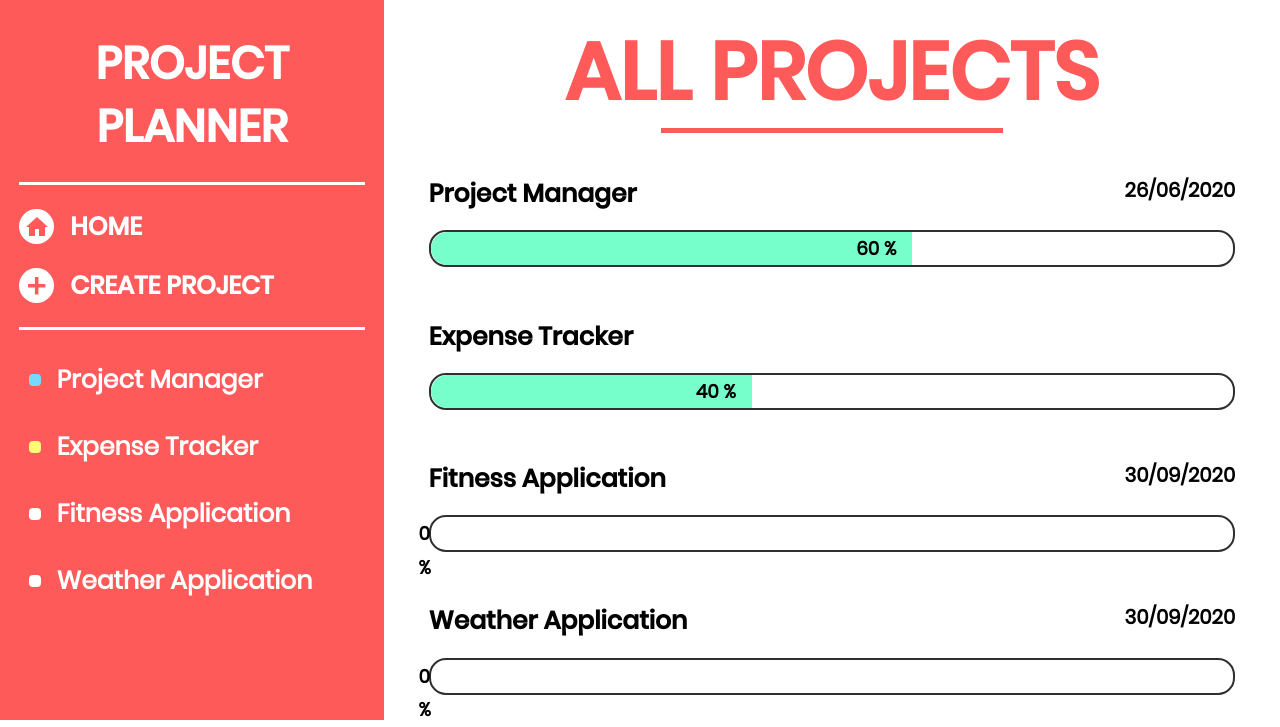
Repository: AzharMoosa/project-manager
Page: /
The author's editor kept a copy of each file at every save. The page is drawn from the files as they stood at one save, then again after the next save.
The browser window is 1280 px wide. The pictures show the whole page.
The project was rebuilt for these pictures with package versions that can differ from the ones it lists, and the page was loaded fresh each time.

Above is the page before, as saved 2020-06-22 11:16:20.

### public/index.html
<!DOCTYPE html>
<html lang="en">
  <head>
    <meta charset="utf-8" />
    <link rel="icon" href="%PUBLIC_URL%/favicon.ico" />
    <meta name="viewport" content="width=device-width, initial-scale=1" />
    <meta name="theme-color" content="#000000" />
    <meta
      name="description"
      content="Web site created using create-react-app"
    />
    <link rel="apple-touch-icon" href="%PUBLIC_URL%/logo192.png" />

    <link rel="manifest" href="%PUBLIC_URL%/manifest.json" />

    <title>Project Planner</title>
  </head>
  <body>
    <noscript>You need to enable JavaScript to run this app.</noscript>
    <div id="root"></div>
  </body>
</html>

### src/App.js
import React from "react";
import Sidebar from "./components/sidebar/Siebar";
import Home from "./components/home/Home";
import { ProjectProvider } from "./ProjectContext";

import "./App.css";

function App() {
  return (
    <ProjectProvider>
      <div className='container'>
        <Sidebar />
        <Home />
      </div>
    </ProjectProvider>
  );
}

export default App;

### src/components/sidebar/Siebar.js
import React from "react";
import Header from "./Header";
import ProjectList from "../project-list/ProjectList";

const Siebar = () => {
  return (
    <div className='sidebar'>
      <Header />
      <ProjectList />
    </div>
  );
};

export default Siebar;

### src/components/home/Home.js
import React, { useContext } from "react";
import ProgectProgress from "./ProgectProgress";
import { ProjectContext } from "../../ProjectContext";

const Home = () => {
  // eslint-disable-next-line
  const [projects, setProjects] = useContext(ProjectContext);

  return (
    <div className='home'>
      <h1 className='home-title'>ALL PROJECTS</h1>
      {projects.map((project) => (
        <ProgectProgress
          name={project.name}
          date={project.date}
          progress={project.progress}
          key={project.id}
        />
      ))}
    </div>
  );
};

export default Home;

### src/ProjectContext.js
import React, { useState, createContext } from "react";

export const ProjectContext = createContext();

export const ProjectProvider = (props) => {
  const [projects, setProjects] = useState([
    {
      name: "Project Manager",
      overview:
        "A project management application which allows you to plan personal projects and track its progress.  Create detail plans of projects before developing projects.",
      tools: ["HTML", "CSS", "JAVASCRIPT", "REACT"],
      progress: 60,
      tasks: [
        "Create Project Plans",
        "Todo List for Each Project",
        "Track Progress",
        "Priority List",
        "Choose Tools In Each Project",
        "Clean And Simple Design",
        "Use REACT",
      ],
      color: "blue",
      date: "26/06/2020",
      id: 28392,
    },

    {
      name: "Expense Tracker",
      overview:
        "A expense tracker application which allows you to budget and track your savings.  Track what expenses you have",
      tools: ["HTML", "CSS", "JAVASCRIPT", "REACT"],
      progress: 40,
      tasks: [
        "Expenses In And Out",
        "Current Balance",
        "Highest Money Out",
        "Clean And Simple Design",
        "Use REACT",
      ],
      color: "yellow",
      date: "",
      id: 2032,
    },

    {
      name: "Fitness Application",
      overview:
        "A fitness application which can track workouts and meal plans. Plan exercise routines and meal plans all in one hub.",
      tools: [
        "HTML",
        "CSS",
        "JAVASCRIPT",
        "REACT",
        "NODEJS",
        "EXPRESS",
        "MONGODB",
      ],
      progress: 0,
      tasks: [
        "Exercise Plan",
        "Diet Plan",
        "Clean And Simple Design",
        "Use REACT",
      ],
      color: "white",
      date: "30/09/2020",
      id: 203234,
    },

    {
      name: "Weather Application",
      overview:
        "A weather application which can track weather and climate. See weather and climate for different locations all around the world.",
      tools: ["HTML", "CSS", "JAVASCRIPT", "REACT", "ADOBE XD"],
      progress: 0,
      tasks: [
        "Exercise Plan",
        "Diet Plan",
        "Clean And Simple Design",
        "Use REACT",
      ],
      color: "white",
      date: "30/09/2020",
      id: 203234,
    },
  ]);

  return (
    <ProjectContext.Provider value={[projects, setProjects]}>
      {props.children}
    </ProjectContext.Provider>
  );
};

### src/App.css
:root {
  --red: #ff5a5a;
  --green: #76ffca;
  --blue: #76daff;
  --yellow: #fffa76;
  --purple: #ab76ff;
}

/* CSS RESET */

* {
  margin: 0;
  padding: 0;
  box-sizing: border-box;
}

/* Fonts */

@font-face {
  font-family: "Poppins-Med";
  src: url("./fonts/Poppins-Medium.ttf");
}

@font-face {
  font-family: "Poppins-Reg";
  src: url("./fonts/Poppins-Regular.ttf");
}

/* Body */

body {
  font-family: "Poppins-Reg";
  line-height: 1.4;
}

/* Utilities */

/* Bullet Points */

.white:before,
.blue:before,
.yellow:before,
.green:before,
.purple:before {
  content: " ";
  height: 12px;
  width: 12px;
  margin-right: 1rem;
  border-radius: 4px;
}

.blue:before {
  background-color: var(--blue);
}

.yellow:before {
  background-color: var(--yellow);
}

.green:before {
  background-color: var(--green);
}

.purple:before {
  background-color: var(--purple);
}

.white:before {
  background-color: #fff;
}

/* Container */
.container {
  display: flex;
  overflow: hidden;
}

/* Sidebar */
.sidebar {
  width: 30vw;
  background-color: var(--red);
  height: 100vh;
  color: #fff;
}

.title {
  font-size: 45px;
  font-family: "Poppins-Med";
  text-align: center;
  padding-top: 2rem;
}

.nav-btns::after,
.nav-btns:before {
  content: " ";
  display: block;
  border-bottom: 3px solid #fff;
  width: 100%;
  margin: 1.5rem auto;
}

.nav-btns {
  width: 90%;
  margin: auto;
}

.home-btn,
.create-project-btn {
  display: flex;
  align-items: center;
  margin-top: 1.5rem;
}

.home-btn h3,
.create-project-btn h3 {
  margin-left: 1rem;
  font-family: "Poppins-Med";
  font-size: 25px;
}

.home-btn svg,
.create-project-btn svg {
  cursor: pointer;
}

/* Home */

.home {
  width: 70vw;
  display: flex;
  flex-direction: column;
}

.home-title {
  font-size: 80px;
  font-family: "Poppins-Med";
  color: var(--red);
  text-align: center;
  margin-top: 1rem;
}

.home-title:after {
  content: " ";
  display: block;
  border-bottom: 5px solid var(--red);
  width: 342px;
  margin: 0 auto 1.5rem auto;
}

/* Project Sidebar List */
.project-side {
  width: 85%;
  margin: 2rem auto;
  display: flex;
  align-items: center;
  cursor: pointer;
}

.project-side h3 {
  font-size: 25px;
}

/* Progress Bar */
.progressbar {
  width: 90%;
  background-color: #fff;
  border: 2px solid #2f2f2f;
  border-radius: 17px;
  margin: 0 auto 2rem auto;
}

.progressbar > div {
  background-color: var(--green);
  height: 33px;
  border-radius: 17px 0 0 17px;
}

.progressbar > div h3 {
  display: flex;
  justify-content: flex-end;
  align-items: center;
  line-height: 1.8;
  margin-right: 1rem;
}

.project-title {
  width: 90%;
  margin: 1.2rem auto;
  display: flex;
  justify-content: space-between;
}

.project-title h3 {
  font-size: 25px;
  font-family: "Poppins-Med";
}

.project-title h4 {
  font-size: 20px;
  font-family: "Poppins-Reg";
}

### src/components/sidebar/Header.js
import React from "react";

const Header = () => {
  return (
    <div>
      <h1 className='title'>PROJECT PLANNER</h1>
      <div className='nav-btns'>
        <div className='home-btn'>
          <svg
            xmlns='http://www.w3.org/2000/svg'
            width='35'
            height='35'
            viewBox='0 0 35 35'
          >
            <g
              id='Home_Btn'
              data-name='Home Btn'
              transform='translate(-139 -182)'
            >
              <circle
                id='Ellipse_1'
                data-name='Ellipse 1'
                cx='17.5'
                cy='17.5'
                r='17.5'
                transform='translate(139 182)'
                fill='#fff'
              />
              <path
                id='icons8-home'
                d='M12,2.1,1,12H4v9h6V14h4v7h6V12h3Z'
                transform='translate(145 187.9)'
                fill='#ff5a5a'
              />
            </g>
          </svg>
          <h3>HOME</h3>
        </div>

        <div className='create-project-btn'>
          <svg
            xmlns='http://www.w3.org/2000/svg'
            width='35'
            height='35'
            viewBox='0 0 35 35'
          >
            <g id='Group_6' data-name='Group 6' transform='translate(-50 -242)'>
              <circle
                id='Ellipse_2'
                data-name='Ellipse 2'
                cx='17.5'
                cy='17.5'
                r='17.5'
                transform='translate(50 242)'
                fill='#fff'
              />
              <path
                id='icons8-plus'
                d='M8.922,2V8.922H2v1.538H8.922v6.922h1.538V10.461h6.922V8.922H10.461V2Z'
                transform='translate(58 250)'
                fill='#ff5a5a'
                stroke='#ff5a5a'
                strokeWidth='2'
                fillRule='evenodd'
              />
            </g>
          </svg>
          <h3>CREATE PROJECT</h3>
        </div>
      </div>
    </div>
  );
};

export default Header;

### src/components/project-list/ProjectList.js
import React, { useContext } from "react";
import { ProjectContext } from "../../ProjectContext";
import ProjectSide from "./ProjectSide";

const ProjectList = () => {
  // eslint-disable-next-line
  const [projects, setProjects] = useContext(ProjectContext);

  return (
    <div>
      {projects.map((project) => (
        <ProjectSide
          name={project.name}
          color={project.color}
          key={project.id}
        />
      ))}
    </div>
  );
};

export default ProjectList;

### src/components/home/ProgectProgress.js
import React from "react";
import ProgressBar from "./ProgressBar";

const ProgectProgress = ({ name, date, progress }) => {
  return (
    <div className='project-progress'>
      <div className='project-title'>
        <h3>{name}</h3>
        <h4>{date}</h4>
      </div>
      <ProgressBar progress={progress} />
    </div>
  );
};

export default ProgectProgress;

### src/components/project-list/ProjectSide.js
import React from "react";

const Project = ({ name, color }) => {
  return (
    <div className={`project-side ${color}`}>
      <h3>{name}</h3>
    </div>
  );
};

export default Project;

### src/components/home/ProgressBar.js
import React from "react";

const ProgressBar = ({ progress }) => {
  return (
    <div className='progressbar'>
      <div style={{ width: `${progress}%` }}>
        <h3>{progress} %</h3>
      </div>
    </div>
  );
};

export default ProgressBar;

Loaded but not shown: src/index.js (common file)

After the next save:
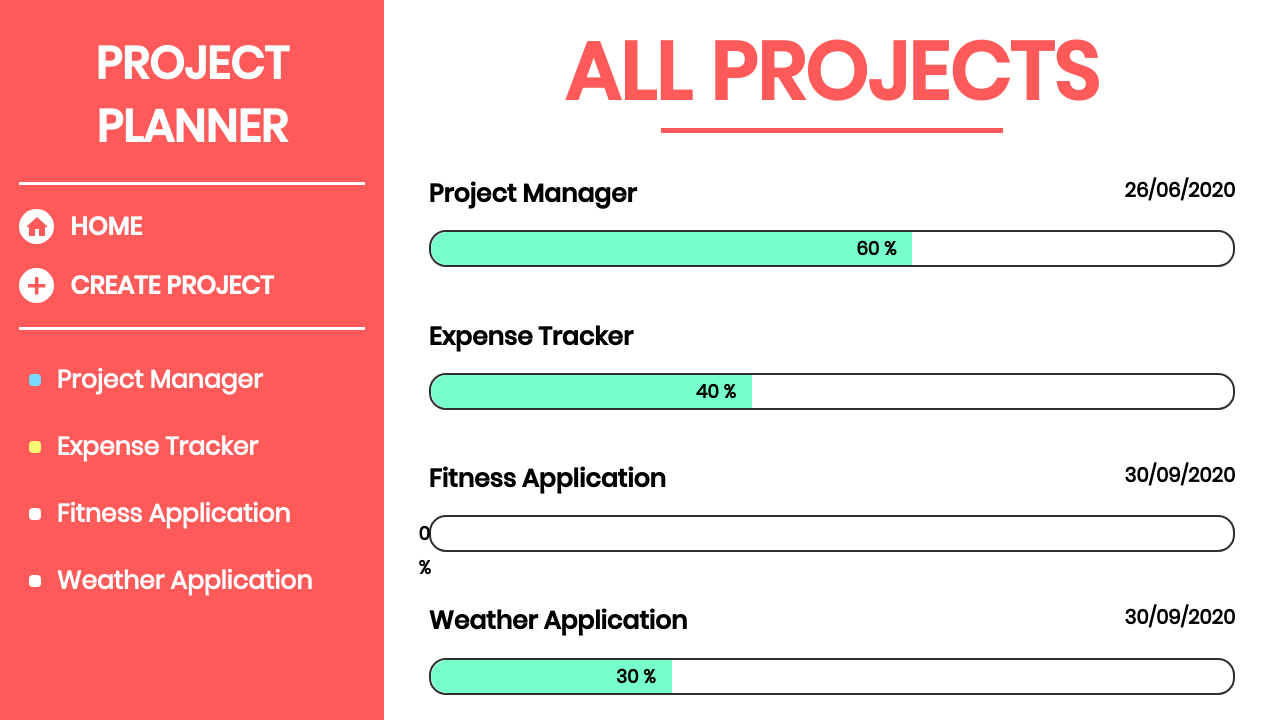
Saved 5 s later.
--- a/src/ProjectContext.js
+++ b/src/ProjectContext.js
@@ -72,7 +72,7 @@ export const ProjectProvider = (props) => {
       overview:
         "A weather application which can track weather and climate. See weather and climate for different locations all around the world.",
       tools: ["HTML", "CSS", "JAVASCRIPT", "REACT", "ADOBE XD"],
-      progress: 0,
+      progress: 30,
       tasks: [
         "Exercise Plan",
         "Diet Plan",
